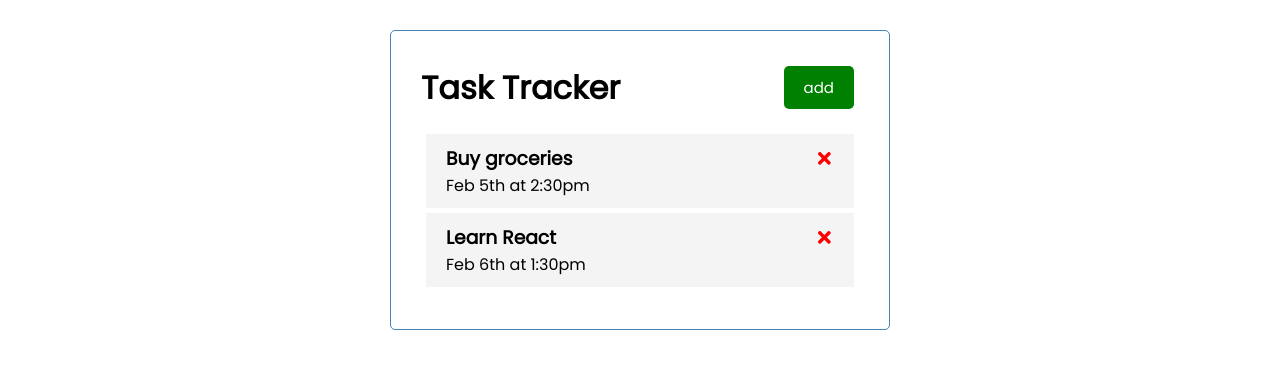
Repository: Samkiroko/task-tracker-app
Page: /, after clicking the first element matching `button.btn`
The author's editor kept a copy of each file at every save. The page is drawn from the files as they stood at one save, then again after the next save.
The browser window is 1280 px wide. The pictures show the whole page.
The project was rebuilt for these pictures with package versions that can differ from the ones it lists, and the page was loaded fresh each time.

Above is the page before, as saved 2021-08-04 21:10:22.

After the next save:
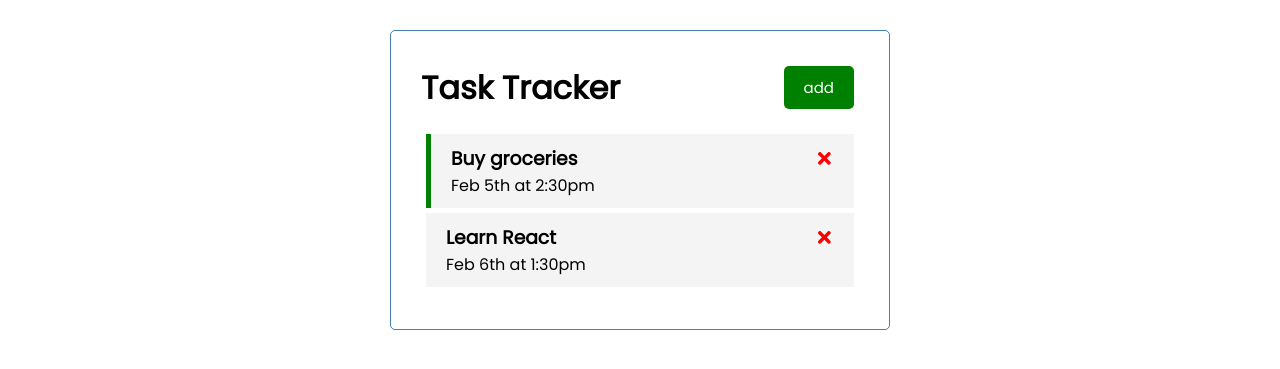
Saved 4 min 8 s later.
--- a/src/components/Task.js
+++ b/src/components/Task.js
@@ -3,7 +3,9 @@ import { FaTimes } from 'react-icons/fa';
 
 const Task = ({ task, onDelete, onToggle }) => {
   return (
-    <div className="task" onDoubleClick={onToggle(task.id)}>
+    <div
+      className={`task ${task.reminder ? 'reminder' : ''}`}
+      onDoubleClick={onToggle(task.id)}>
       <h3>
         {task.text}
         <FaTimes
